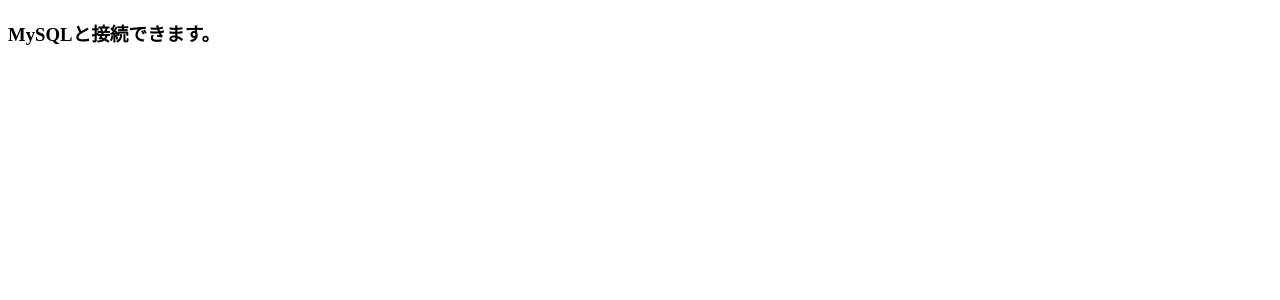
Repository: nanami-utsuhara/test
Page: http://localhost/WebProj2/hello.jsp
The author's editor kept a copy of each file at every save. The page is drawn from the files as they stood at one save, then again after the next save.
The browser window is 1280 px wide. The pictures show the whole page.
The page is served by Tomcat 9. Other server files are loaded and not shown.

Above is the page before, as saved 2018-11-02 04:21:07.

### WebProj2/WebContent/hello.jsp
<%@ page language="java" contentType="text/html; charset=UTF-8"
    pageEncoding="UTF-8"%>
<%@ taglib prefix="s" uri="/struts-tags"%>
<!DOCTYPE html>
<html>
<head>
<meta charset="UTF-8">
<title>HelloStruts</title>
</head>
<body>
	<h3>MySQLと接続できます。</h3>
</body>
</html>

After the next save:
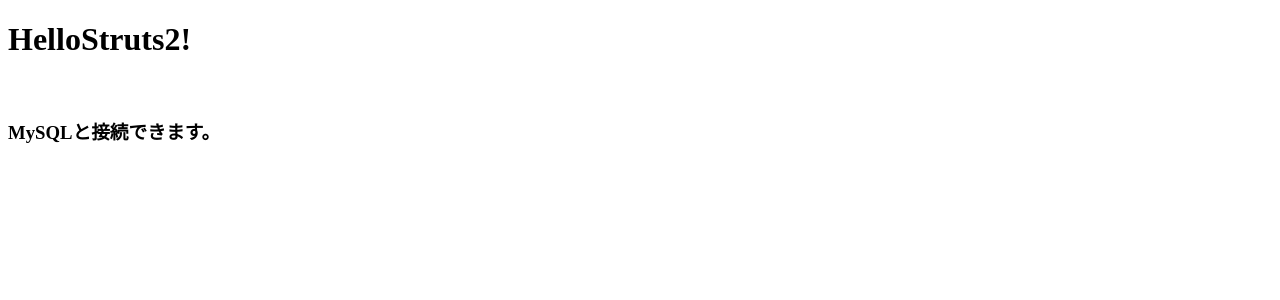
Saved 57 s later.
--- a/WebProj2/WebContent/hello.jsp
+++ b/WebProj2/WebContent/hello.jsp
@@ -8,6 +8,8 @@
 <title>HelloStruts</title>
 </head>
 <body>
+	<h1>HelloStruts2!</h1>
+	<br>
 	<h3>MySQLと接続できます。</h3>
 </body>
 </html>
